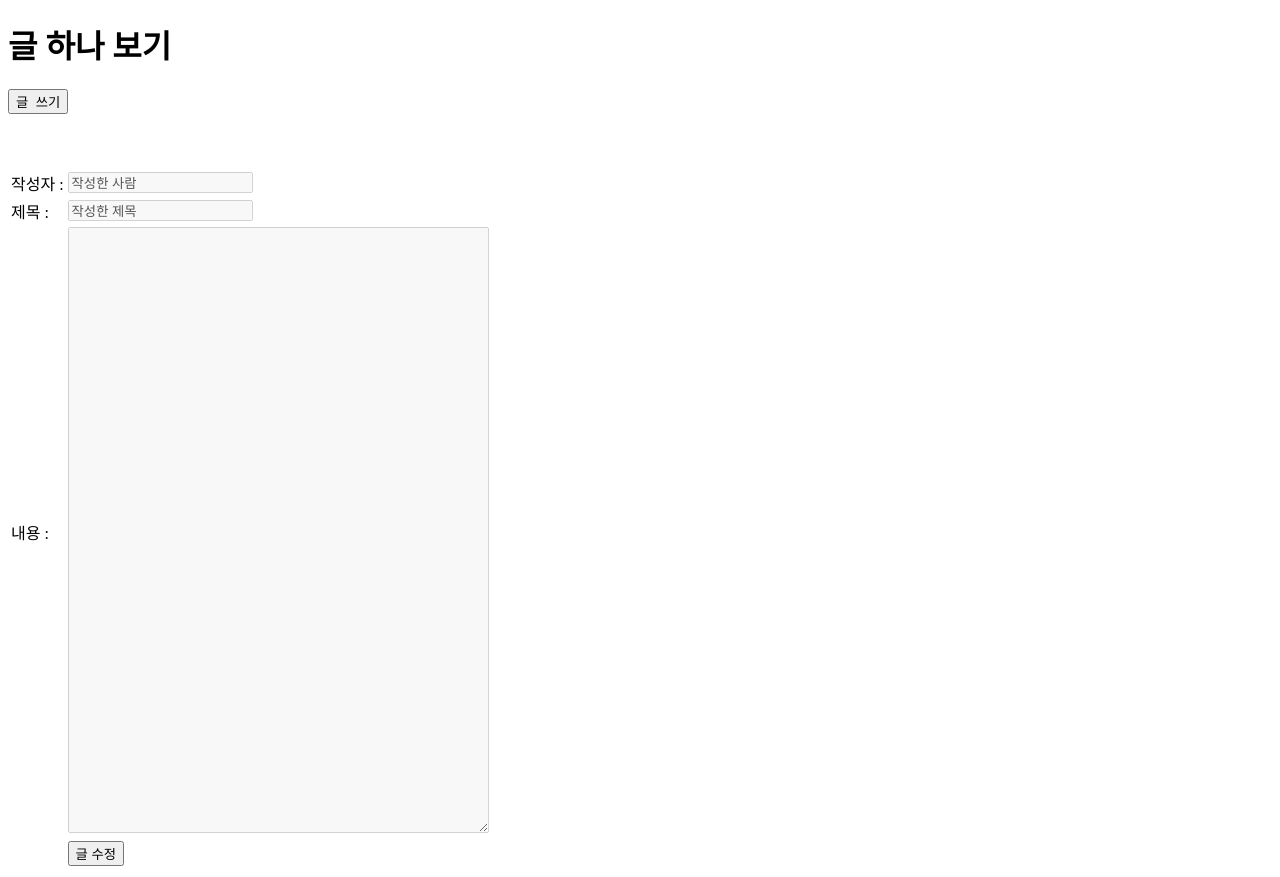
Repository: lbj0314/webTest
Page: Html_ex1/WebContent/notice/noticeListOne.html
The author's editor kept a copy of each file at every save. The page is drawn from the files as they stood at one save, then again after the next save.
The browser window is 1280 px wide. The pictures show the whole page.

Above is the page before, as saved 2019-10-15 08:41:07.

### Html_ex1/WebContent/notice/noticeListOne.html
<!DOCTYPE html>
<html>
<head>
<meta charset="UTF-8">
<title>Insert title here</title>
</head>
<body>
	<h1>글 하나 보기</h1>
	<form>
	<table>
	<tr>
	<td>작성자 :</td>
	<td> <input type="text" value="작성한 사람" disabled="disabled"></td>
	</tr>
	<tr>
	<td>제목 : </td>
	<td><input type="text" value="작성한 제목" disabled="disabled"></td>
	</tr>
	<tr>
	<td>내용 : </td>
	<td> <textarea rows="40" cols="50" value="작성한 내용" disabled="disabled"></textarea></td>

	</tr>
	<tr>
	<td></td>
	<td><form action="./noticeUpdate.html" method="get">
		<input type="submit" value="글 수정" name="noticeUpdate">
		</form></td>
	</tr>
	</form>
	<form action="./noticeWrite.html" method="get">
		<input type="submit" value="글  쓰기" name="noticeWrite">
		</form><br><br>
		<br><br>
	</table>


</body>
</html>

After the next save:
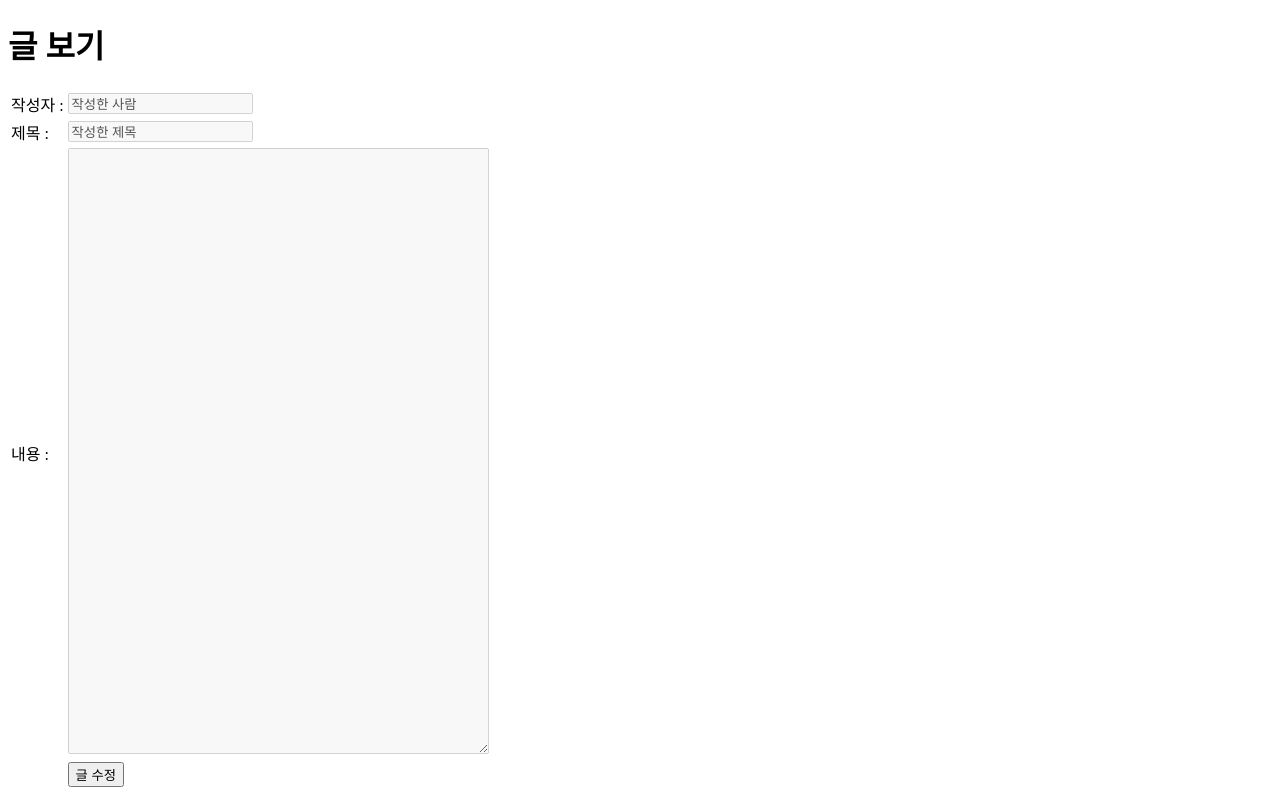
Saved 62 s later.
--- a/Html_ex1/WebContent/notice/noticeListOne.html
+++ b/Html_ex1/WebContent/notice/noticeListOne.html
@@ -5,7 +5,7 @@
 <title>Insert title here</title>
 </head>
 <body>
-	<h1>글 하나 보기</h1>
+	<h1>글 보기</h1>
 	<form>
 	<table>
 	<tr>
@@ -28,10 +28,7 @@
 		</form></td>
 	</tr>
 	</form>
-	<form action="./noticeWrite.html" method="get">
-		<input type="submit" value="글  쓰기" name="noticeWrite">
-		</form><br><br>
-		<br><br>
+
 	</table>
 
 
